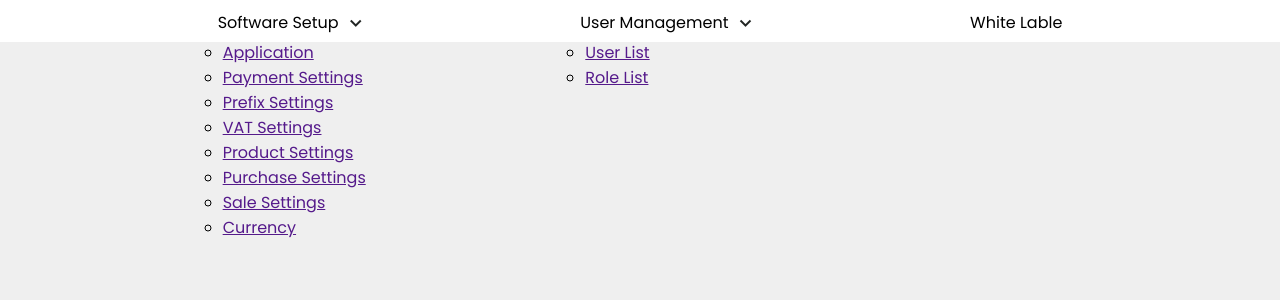
Repository: codebyaddro/pos-settings
Page: settings.html
These files come from the project's save history. The page is drawn as it stood at one moment and after a run of saves; the edit follows.
The browser window is 1280 px wide. The pictures show the whole page.

Above is the page before, as saved 2025-02-16 14:38:42.

After the next 2 saves:
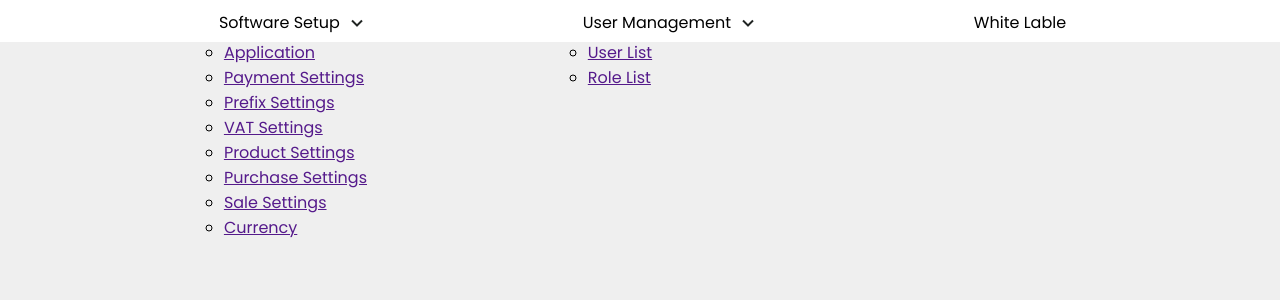
The 2 saves are shown as one change because they came seconds apart.
The last was saved 6 s later.
--- a/css/settings.css
+++ b/css/settings.css
@@ -45,7 +45,7 @@
     justify-content: space-evenly;
     align-items: flex-start;
     background-color: var(--white);
-    padding: 10px 5px 5px 5px;
+    padding: 10px 0px 5px 5px;
     list-style-type: none;
 }
 
